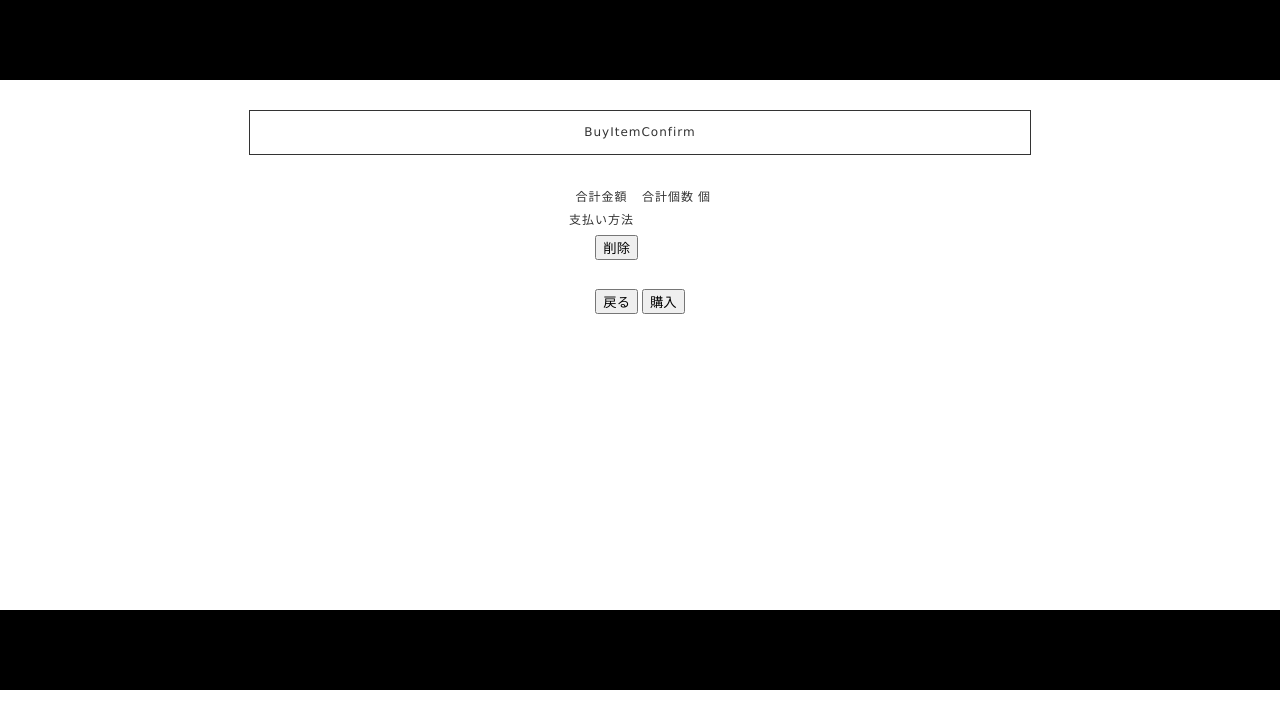
Repository: kazuki7291/backup
Page: http://localhost/template/buyItemConfirm.jsp
These files come from the project's save history. The page is drawn as it stood at one moment and after the next save; the edit follows.
The browser window is 1280 px wide. The pictures show the whole page.
Some web libraries are served in a nearby version. The page is served by Tomcat 9.

Above is the page before, as saved 2018-01-10 11:41:53.

After the next save:
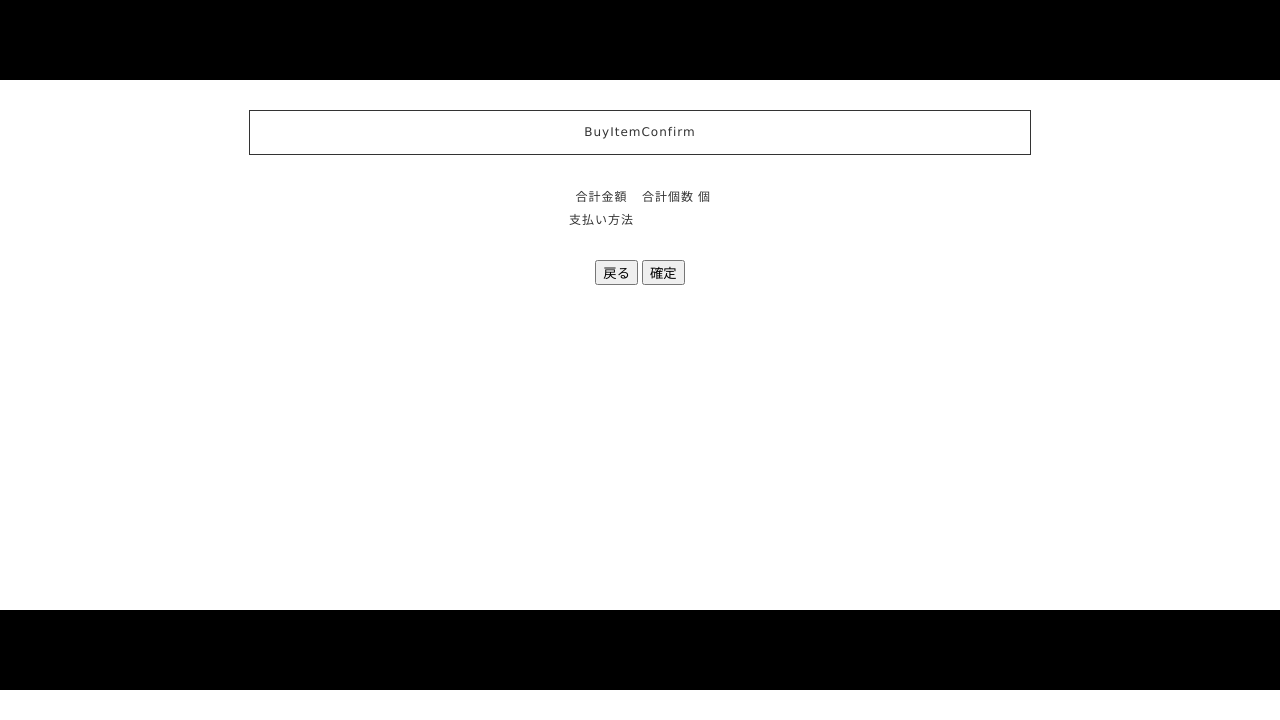
Saved 101 s later.
--- a/template/WebContent/buyItemConfirm.jsp
+++ b/template/WebContent/buyItemConfirm.jsp
@@ -94,9 +94,6 @@
 					<td>
 						<s:property value="count" /><span>個</span>
 					</td>
-					<td>
-						<input type="checkbox" name="DeleteFlag" value="<s:property value='id' />"/>
-					</td>
 				</tr>
 			</s:iterator>
 				<tr>
@@ -108,9 +105,6 @@
 				<tr>
 					<td>支払い方法</td>
 					<td><s:property value="session.pay" /></td>
-					<td>
-						<s:submit value="削除"/>
-					</td>
 				</tr>
 			</s:form>
 		</s:else>
@@ -122,7 +116,7 @@
 				</tr>
 				<tr>
 					<td><input type="button" value="戻る" onclick="submitAction('HomeAction')" /></td>
-					<td><input type="button" value="購入" onclick="submitAction('GobuyItemConfirmAction')" /></td>
+					<td><input type="button" value="確定" onclick="submitAction('BuyItemConfirmAction')" /></td>
 				</tr>
 			</s:form>
 		</div>
